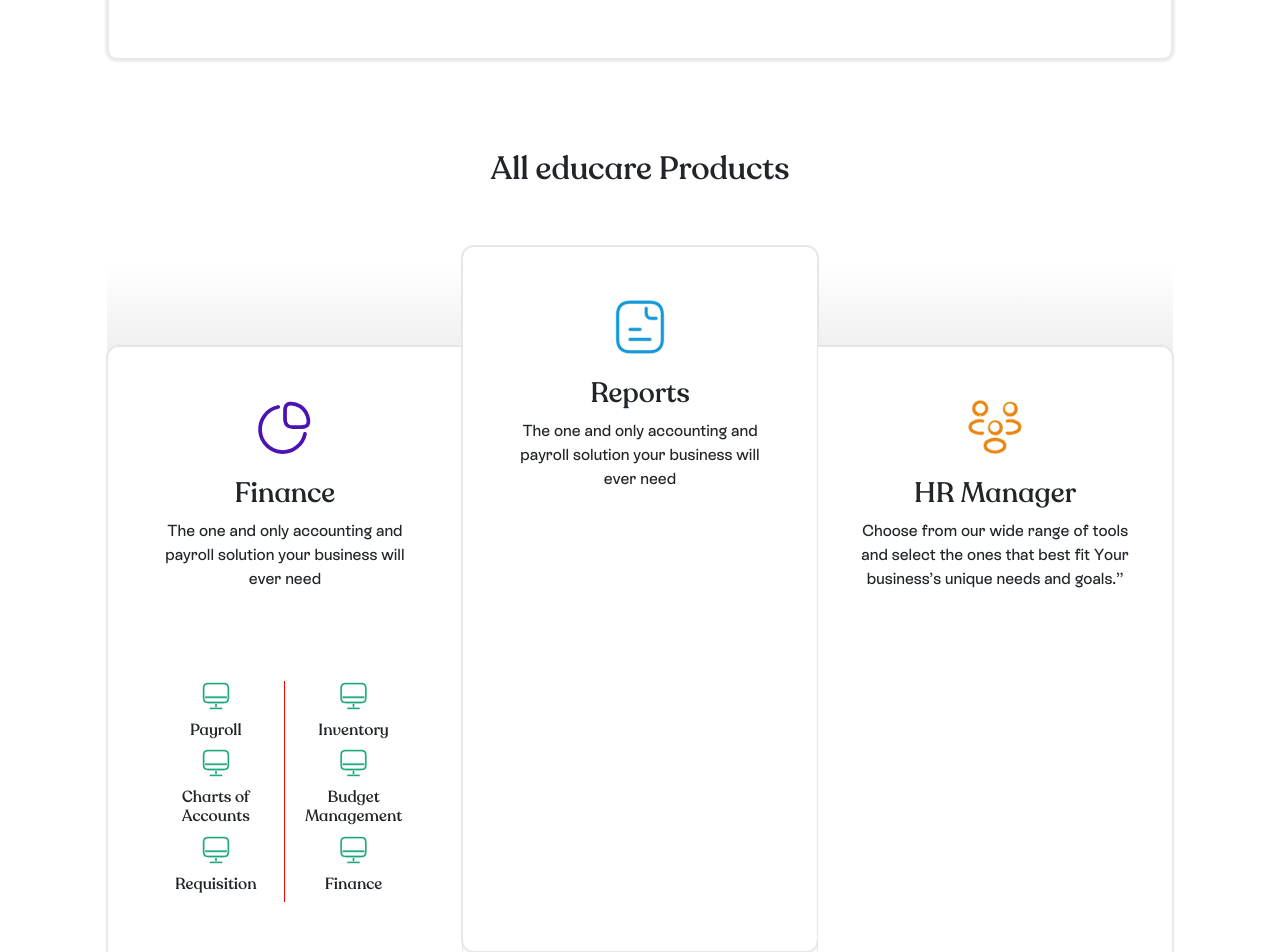
Repository: sarahnnanyelugo/educare-web
Page: /
The author's editor kept a copy of each file at every save. The page is drawn from the files as they stood at one save, then again after the next save.
The browser window is 1280 px wide. The pictures show the part of the page from y = 2787 to 3739 px (the page is 3739 px tall).
The project was rebuilt for these pictures with package versions that can differ from the ones it lists, and the page was loaded fresh each time.

Above is the page before, as saved 2023-04-05 11:04:06.

After the next save:
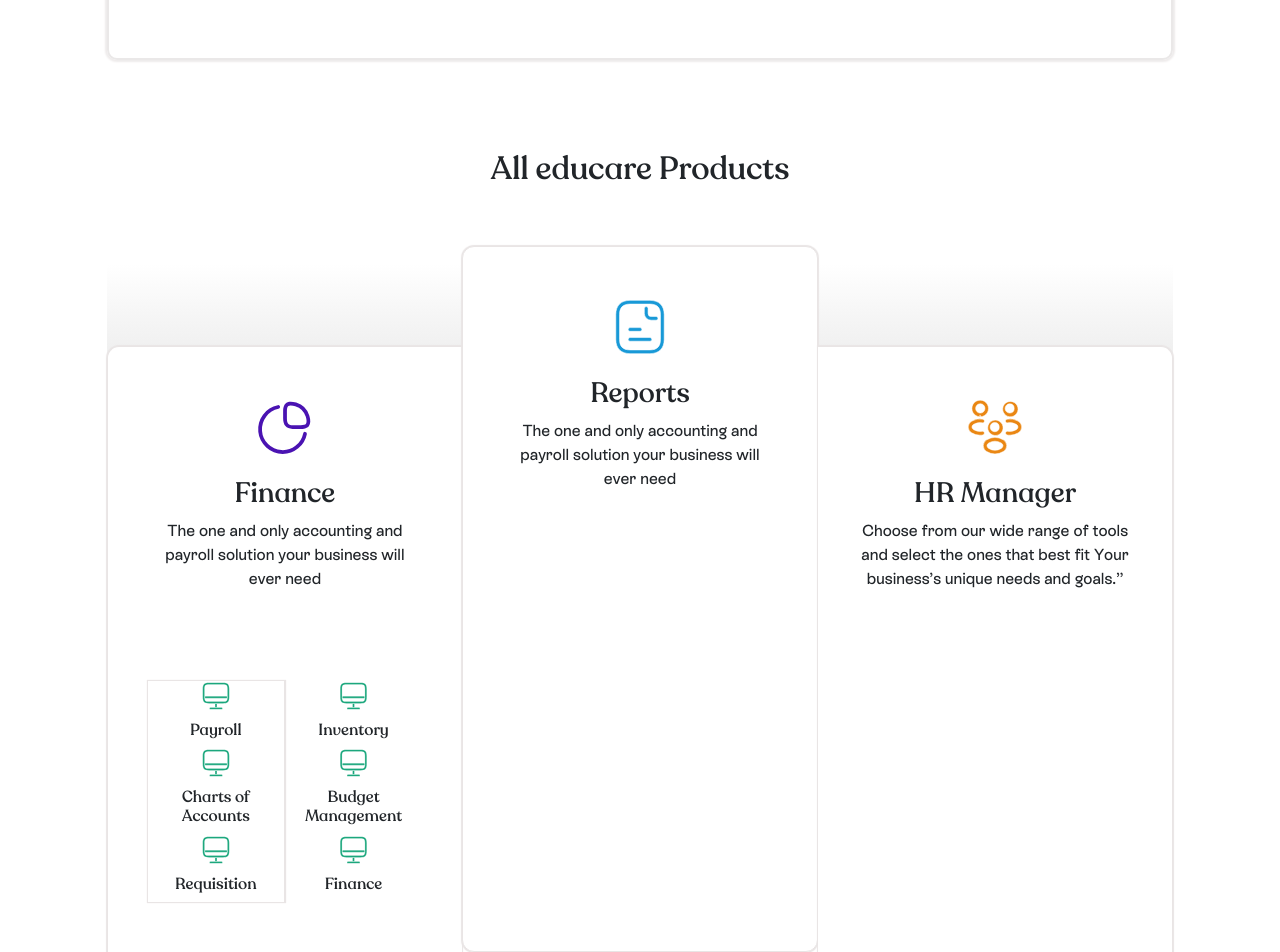
Saved 94 s later.
--- a/src/pages/Home/_home.scss
+++ b/src/pages/Home/_home.scss
@@ -138,6 +138,7 @@
     border-top-right-radius: 12px;
   }
   .grid1 {
-    border-right: solid 1px red;
+    border-right: solid 1px rgb(233, 229, 229);
+    box-shadow: 0 0 1px 1px rgb(233, 229, 229);
   }
 }
